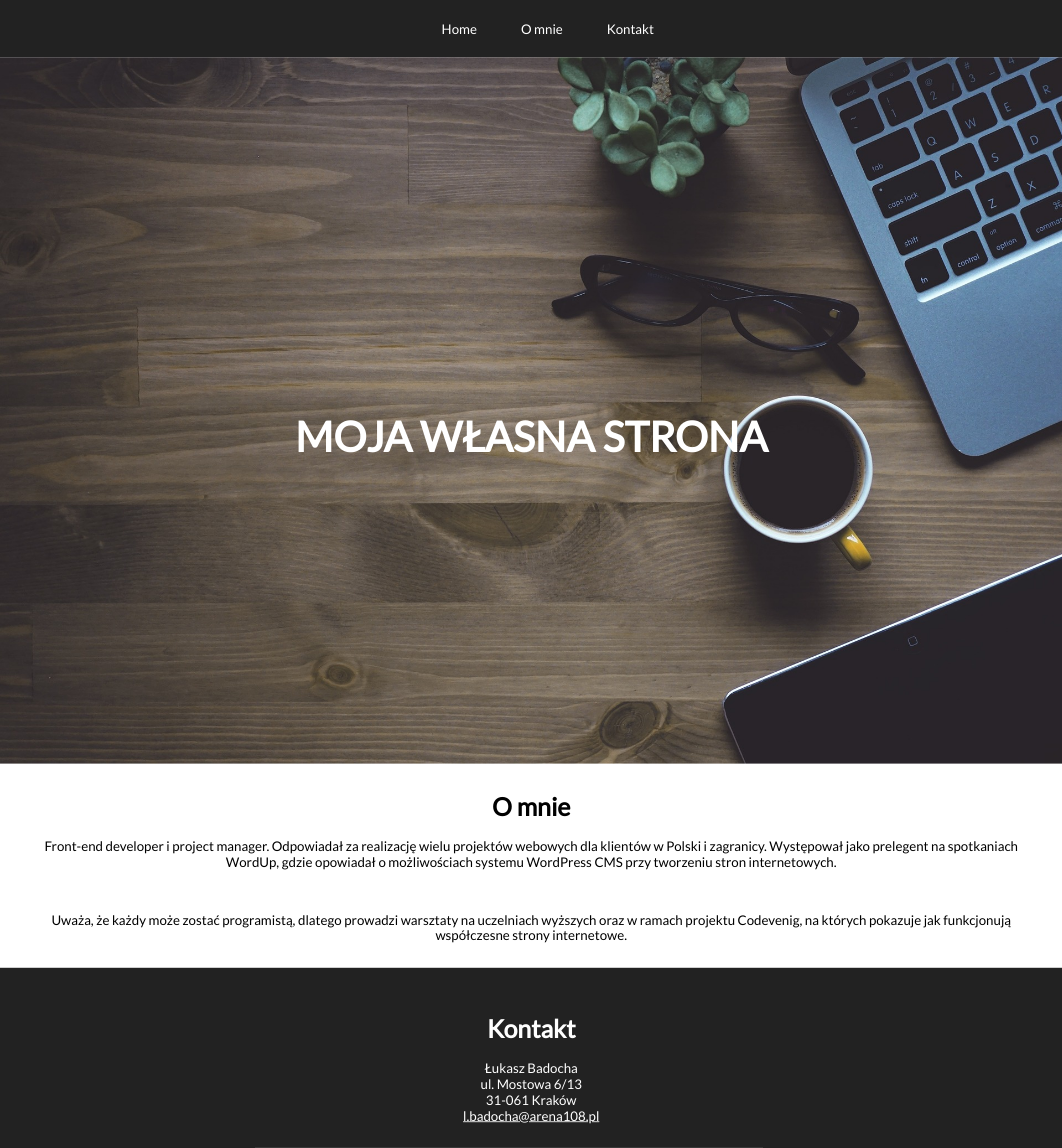
Repository: magdaf41/magdaf41.github.io
Page: zadania-domowe/HTML/zadanie_4/index.html
The author's editor kept a copy of each file at every save. The page is drawn from the files as they stood at one save, then again after the next save.
The browser window is 1280 px wide. The pictures show the whole page, at 83% of full size.

Above is the page before, as saved 2020-08-13 10:56:18.

After the next save:
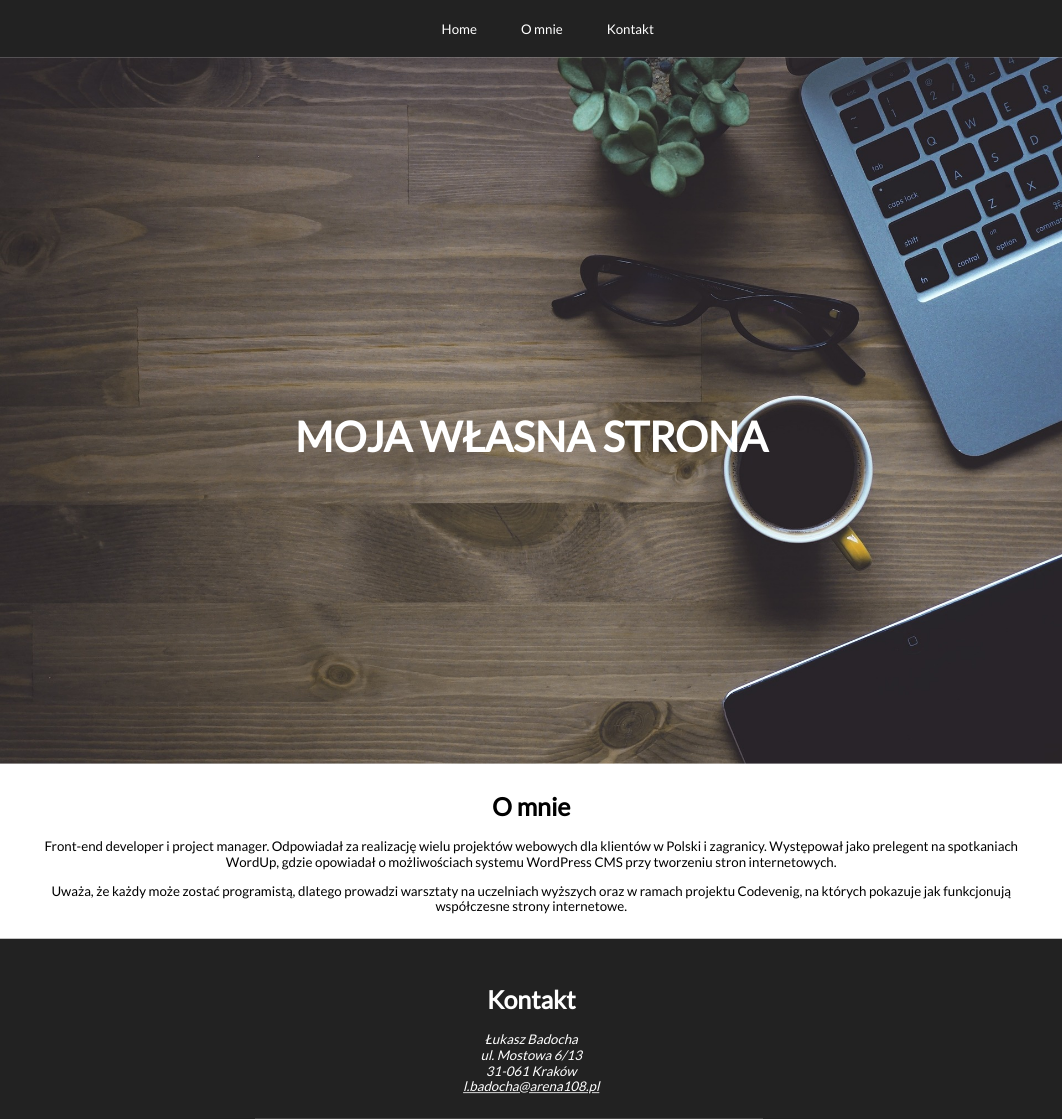
Saved 3 min 14 s later.
--- a/zadania-domowe/HTML/zadanie_4/index.html
+++ b/zadania-domowe/HTML/zadanie_4/index.html
@@ -27,22 +27,24 @@
 
   <section id="about">
     <h2 id="about-header">O mnie</h2>
-    <p class="about-content">Front-end developer i project manager. Odpowiadał za realizację wielu projektów webowych dla klientów w Polski i zagranicy. Występował jako prelegent na spotkaniach WordUp, gdzie opowiadał o możliwościach systemu WordPress CMS przy tworzeniu stron internetowych.</p>
-    <br />
+    <p class="about-content">Front-end developer i project manager. Odpowiadał za realizację wielu projektów webowych
+      dla klientów w Polski i zagranicy. Występował jako prelegent na spotkaniach WordUp, gdzie opowiadał o
+      możliwościach systemu WordPress CMS przy tworzeniu stron internetowych.</p>
 
-    <p class="about-content"> Uważa, że każdy może zostać programistą, dlatego prowadzi warsztaty na uczelniach wyższych oraz w ramach projektu Codevenig, na których pokazuje jak funkcjonują współczesne strony internetowe.</p>
+    <p class="about-content"> Uważa, że każdy może zostać programistą, dlatego prowadzi warsztaty na uczelniach wyższych
+      oraz w ramach projektu Codevenig, na których pokazuje jak funkcjonują współczesne strony internetowe.</p>
 
   </section>
 
 
   <footer id="contact">
     <h2 id="contact-header">Kontakt</h2>
-    <div id="contact-content">
+    <address id="contact-content">
       Łukasz Badocha<br />
       ul. Mostowa 6/13<br />
       31-061 Kraków<br />
       <a href="mailto:l.badocha@arena108.pl">l.badocha@arena108.pl</a>
-    </div>
+    </address>
   </footer>
 
 </body>
